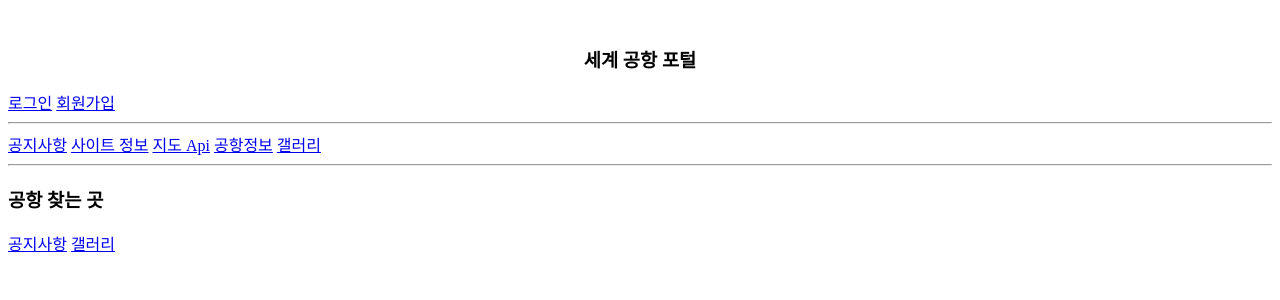
Repository: Gansaw/Airport_Portal
Page: http://localhost/home
An editor plug-in stored every save of this project. The page is shown before and after a run of saves, followed by the edit.
The browser window is 1280 px wide. The pictures show the whole page.
The page is this project's Thymeleaf template; nobody is signed in. The template is opened directly, without the code that normally fills it, so the values that code supplies are empty.

Above is the page before, as saved 2023-07-27 07:32:05.

### WebServiceDevelop/WebProject/src/main/resources/templates/home.html
<!DOCTYPE html>
<html>
<head>
<meta charset="EUC-KR">
<title>Welcome</title>
</head>
<body>
	<br>
	<h3 align = "center">세계 공항 포털</h3>
	<div class = "header">
		<a href="logins/login">로그인</a>
		<a href="logins/signup">회원가입</a>
	</div>
	<hr>
		<div class="links-container">
			<a th:href="@{/getNoticeList}">공지사항</a>
			<a th:href="@{/siteInfo}">사이트 정보</a>
			<a th:href="@{/mapApi}">지도 Api</a>
			<a href="airportInfo">공항정보</a>
			<a href="getGalleryList">갤러리</a>
		</div>
	<hr>
	<div>
		<h3>공항 찾는 곳</h3>
	</div>
	<div>
		<a th:href="@{/getNoticeList}">공지사항</a>
		<a th:href="@{/getGalleryList}">갤러리</a>
	</div>

</body>
</html>

After the next 3 saves:
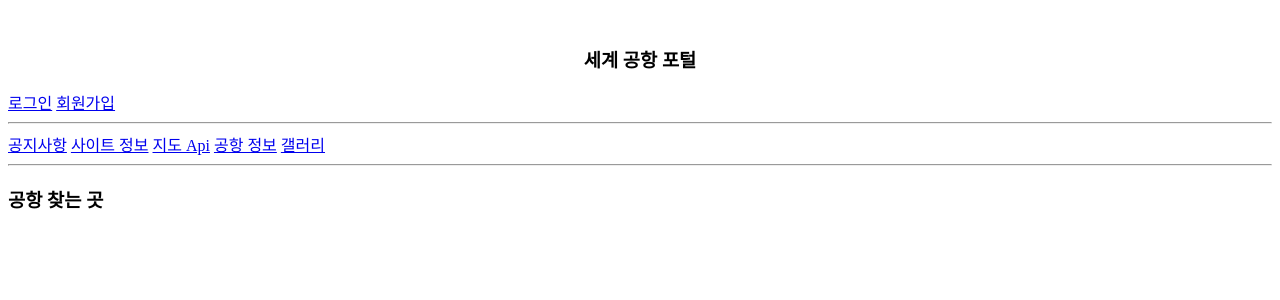
The 3 saves are shown as one change because they came seconds apart.
The last was saved 34 s later.
--- a/WebServiceDevelop/WebProject/src/main/resources/templates/home.html
+++ b/WebServiceDevelop/WebProject/src/main/resources/templates/home.html
@@ -16,17 +16,13 @@
 			<a th:href="@{/getNoticeList}">공지사항</a>
 			<a th:href="@{/siteInfo}">사이트 정보</a>
 			<a th:href="@{/mapApi}">지도 Api</a>
-			<a href="airportInfo">공항정보</a>
-			<a href="getGalleryList">갤러리</a>
+			<a th:href="@{/airportInfo}">공항 정보</a>
+			<a th:href="@{/getGalleryList}">갤러리</a>
 		</div>
 	<hr>
 	<div>
 		<h3>공항 찾는 곳</h3>
 	</div>
-	<div>
-		<a th:href="@{/getNoticeList}">공지사항</a>
-		<a th:href="@{/getGalleryList}">갤러리</a>
-	</div>
 
 </body>
 </html>
